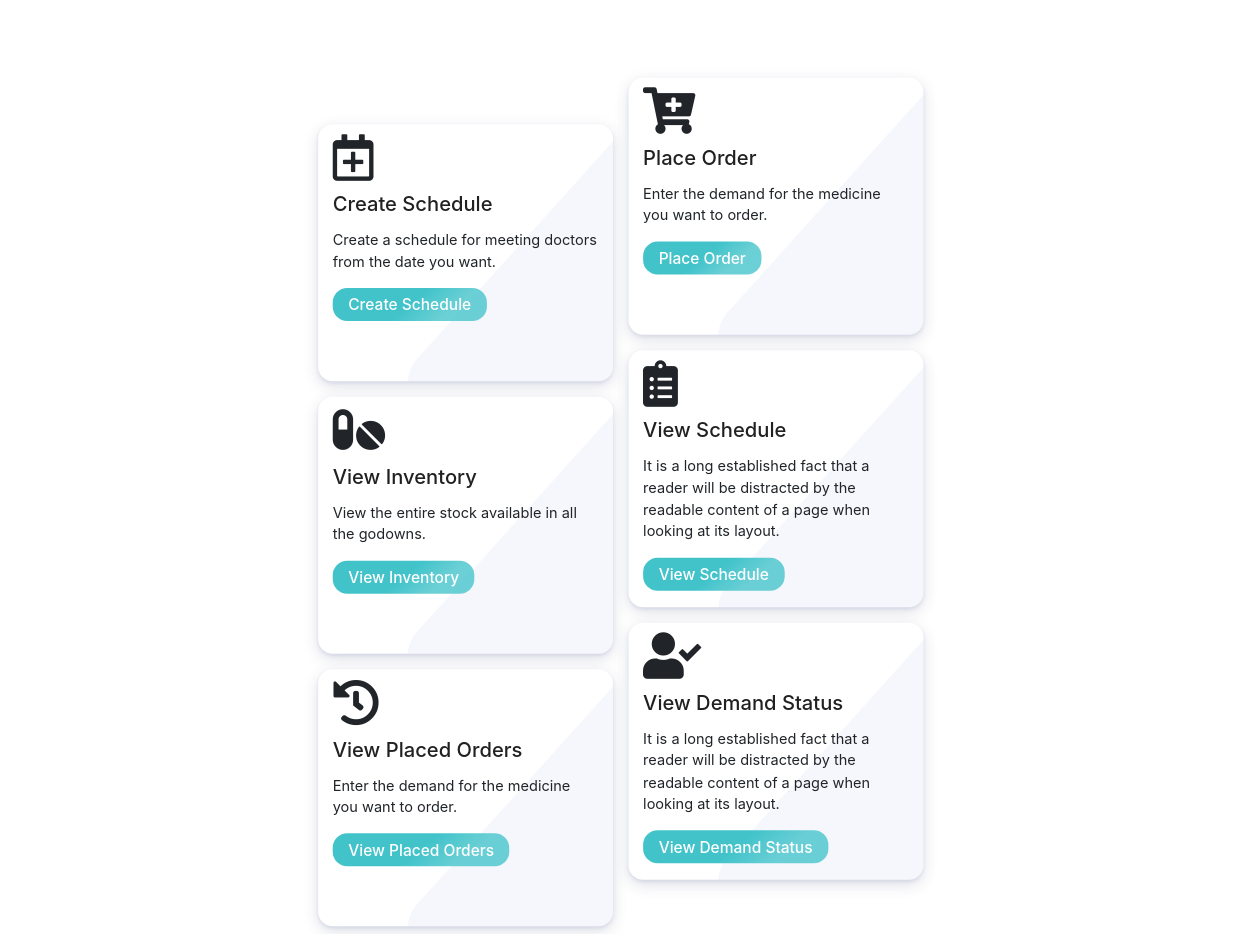
Repository: suffiyanshaikh01/Pharmacy-Project
Page: http://localhost/PharmacyMedicineSupply-WebPortal/WEB-INF/JSP/newHomePage.jsp
An editor plug-in stored every save of this project. The page is shown before and after the next save, followed by the edit.
The browser window is 1280 px wide. The page is 1295 px wide, so the pictures cover 1295 px, including what lies to the right of the window. The pictures show the whole page, at 97% of full size.
Some web libraries are served in a nearby version. The page is served by Tomcat 9. Nobody is signed in. The template is opened directly, without the code that normally fills it, so the values that code supplies are empty.

Above is the page before, as saved 2021-05-29 10:43:47.

After the next save:
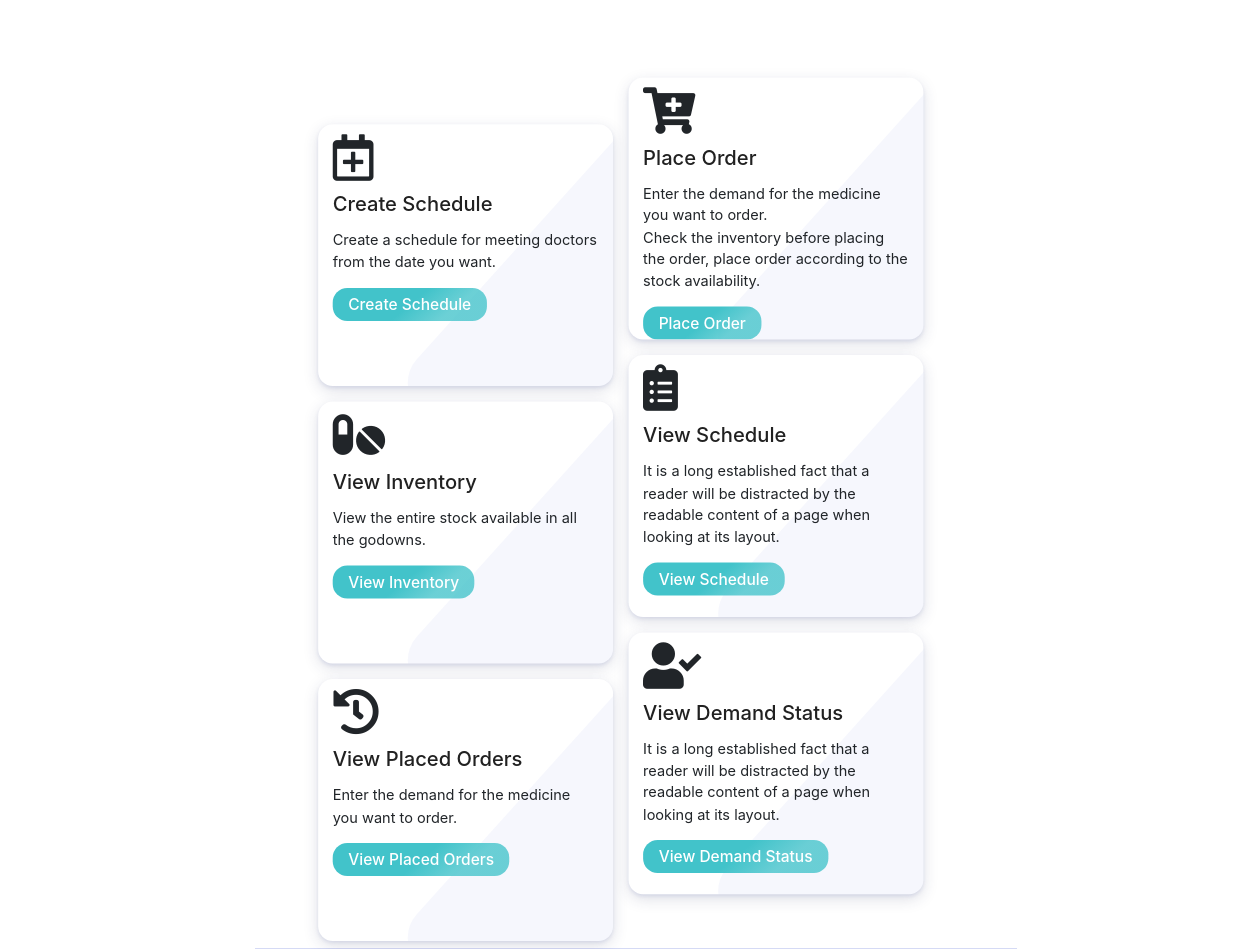
Saved 117 s later.
--- a/PharmacyMedicineSupply-WebPortal/src/main/webapp/WEB-INF/JSP/newHomePage.jsp
+++ b/PharmacyMedicineSupply-WebPortal/src/main/webapp/WEB-INF/JSP/newHomePage.jsp
@@ -243,7 +243,8 @@
             </div>
             <div class="solu_description">
               <p>
-                Enter the demand for the medicine you want to order.
+                Enter the demand for the medicine you want to order.<br>
+                Check the inventory before placing the order, place order according to the stock availability.
               </p>
               <button type="button" class="read_more_btn">Place Order</button>
             </div>
